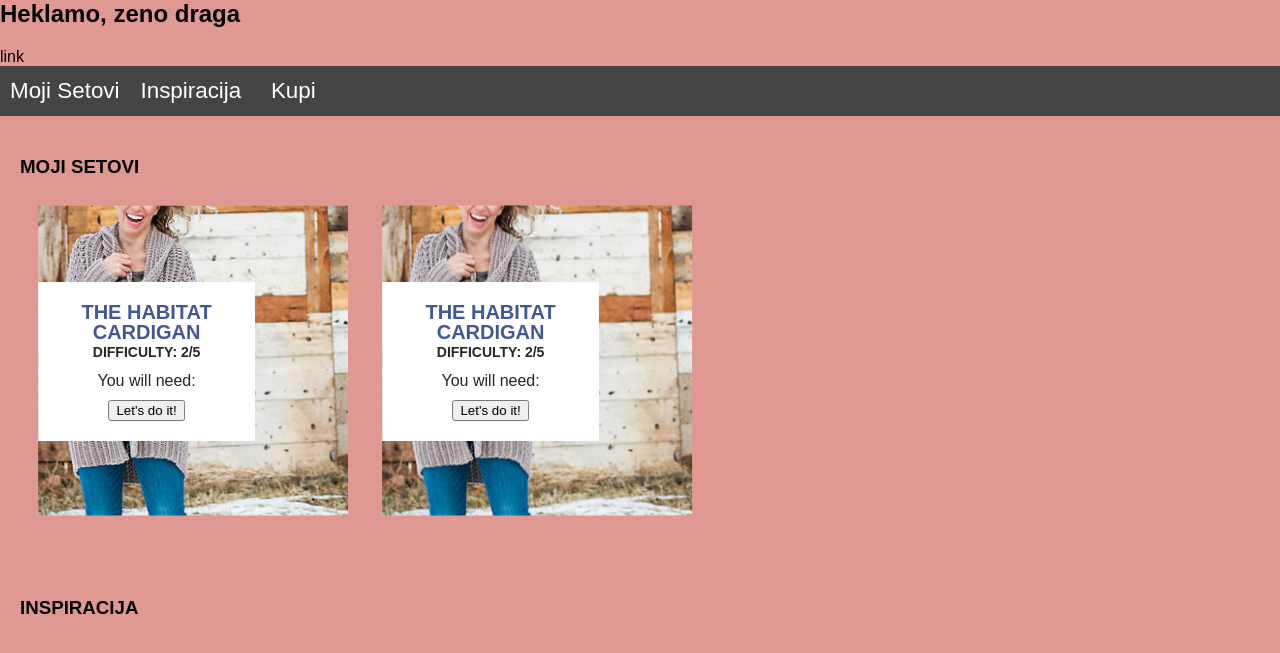
Repository: sdnc/Heklamo
Page: index.html
These files come from the project's save history. The page is drawn as it stood at one moment and after the next save; the edit follows.
The browser window is 1280 px wide. The pictures show the whole page.

Above is the page before, as saved 2020-12-24 14:50:42.
Console error: ReferenceError: $ is not defined

### index.html
<html>

<head>
  <meta charset="UTF-8" />
  <meta name="viewport" content="width=device-width, initial-scale=1.0" />
  <title>Heklamo</title>
  <link href="https://maxcdn.bootstrapcdn.com/font-awesome/4.7.0/css/font-awesome.min.css" rel="stylesheet">
  <link rel="stylesheet" href="styles.css" />
  <script src="https://unpkg.com/vue@next" defer></script>
  <script src="app.js" defer></script>
</head>

<body>
  <!--1) -->
  <!--2) -->
  <section id="header">
    <h1>Heklamo, zeno draga</h1>
    <nav>link</nav>
  </section>
  <section class="nav">
    <ul>
      <li class="setove"><a href="#">Moji Setovi</a></li>
      <li class="inspiracija"><a href="#">Inspiracija</a></li>
      <li class="kupi"><a href="#">Kupi</a></li>
    </ul>
  </section>
    <section id="sets" class="divider">
      <h3>MOJI SETOVI</h3>
    <div class="card">
      <div class="image">
        <img
          src="img/habitatcardigan.jpg" />
      </div>
      <div class="details">
        <div class="center">
          <h1>The Habitat Cardigan<br><span>Difficulty: 2/5</span></h1>
          <p>You will need:</p>
          <button>Let's do it!</button>
        </div>
      </div>
    </div>

    <div class="card">
      <div class="image">
        <img src="img/habitatcardigan.jpg" />
      </div>
      <div class="details">
        <div class="center">
          <h1>The Habitat Cardigan<br><span>Difficulty: 2/5</span></h1>
          <p>You will need:</p>
          <button>Let's do it!</button>
        </div>
      </div>
    </div>
  </section>

  <section id="inspiration" class="divider">
    <h3>INSPIRACIJA</h3>



  </section>

  <section id="buy" class="divider">

  </section>

  <script>


  </script>
</body>

</html>

### styles.css
body {
  margin: 0;
  padding: 0;
  font-family: sans-serif;
  background-color: #e09992;
}

.divider {
  margin: 40px 0 30px 20px;
}

/* NAV BAR */

.nav ul {
  list-style: none;
  background-color: #444;
  text-align: left;
  padding: 0;
  margin: 0;
}
.nav li {
  font-family: 'Oswald', sans-serif;
  font-size: 1em;
  padding-left: 10px;
  line-height: 40px;
  height: 40px;
  border-bottom: 1px solid #888;
}

.nav a {
  text-decoration: none;
  color: #fff;
  display: block;
  transition: .3s background-color;
}

.nav a:hover {
  background-color: #005f5f;
}

.nav a.active {
  background-color: #fff;
  color: #444;
  cursor: default;
}

@media screen and (min-width: 600px) {
  .nav li {
    width: 120px;
    border-bottom: none;
    height: 50px;
    line-height: 50px;
    font-size: 1.4em;
  }

  /* Option 1 - Display Inline */
  .nav li {
    display: inline-block;
    margin-right: -4px;
  }

/* MY SETS - section */
.card {
  margin: 5px 15px;
  display: inline-block;
  transform: translate(1%,1%);
  width: 310px;
  height: 350px;
}
.image {
  width: 310px;
  height: 350px;
  overflow: hidden;
}
.card .image img {
  width: 100%;
  transition: .5s;
}
.card:hover .image img {
  opacity: .5;
  transform: translateX(30%);/*100%*/
}
.card .details {
  position: absolute;
  top: 0;
  left: 0;
  width: 70%;/*100%*/
  height: 89%;
  background: #7ca9e0;
  transition: .5s;
  transform-origin: left;
  transform: perspective(2000px) rotateY(-90deg);
}
.card:hover .details {
  transform: perspective(2000px) rotateY(0deg);
}
.card .details .center {
  padding: 20px;
  text-align: center;
  background: #fff;
  position: absolute;
  top: 50%;
  transform: translateY(-50%);
}
.card .details .center h1 {
  margin: 0;
  padding: 0;
  color: #435794;
  line-height: 20px;
  font-size: 20px;
  text-transform: uppercase;
}
.card .details .center h1 span {
  font-size: 14px;
  color: #262626;
}
.card .details .center p {
  margin: 10px 0;
  padding: 0;
  color: #262626;
}

/* INPIRATION SECTION */

### app.js
$('#recipeCarousel').carousel({
    interval: 10000
  })

  $('.carousel .carousel-item').each(function(){
      var minPerSlide = 3;
      var next = $(this).next();
      if (!next.length) {
      next = $(this).siblings(':first');
      }
      next.children(':first-child').clone().appendTo($(this));

      for (var i=0;i<minPerSlide;i++) {
          next=next.next();
          if (!next.length) {
              next = $(this).siblings(':first');
            }

          next.children(':first-child').clone().appendTo($(this));
        }
  });

After the next save:
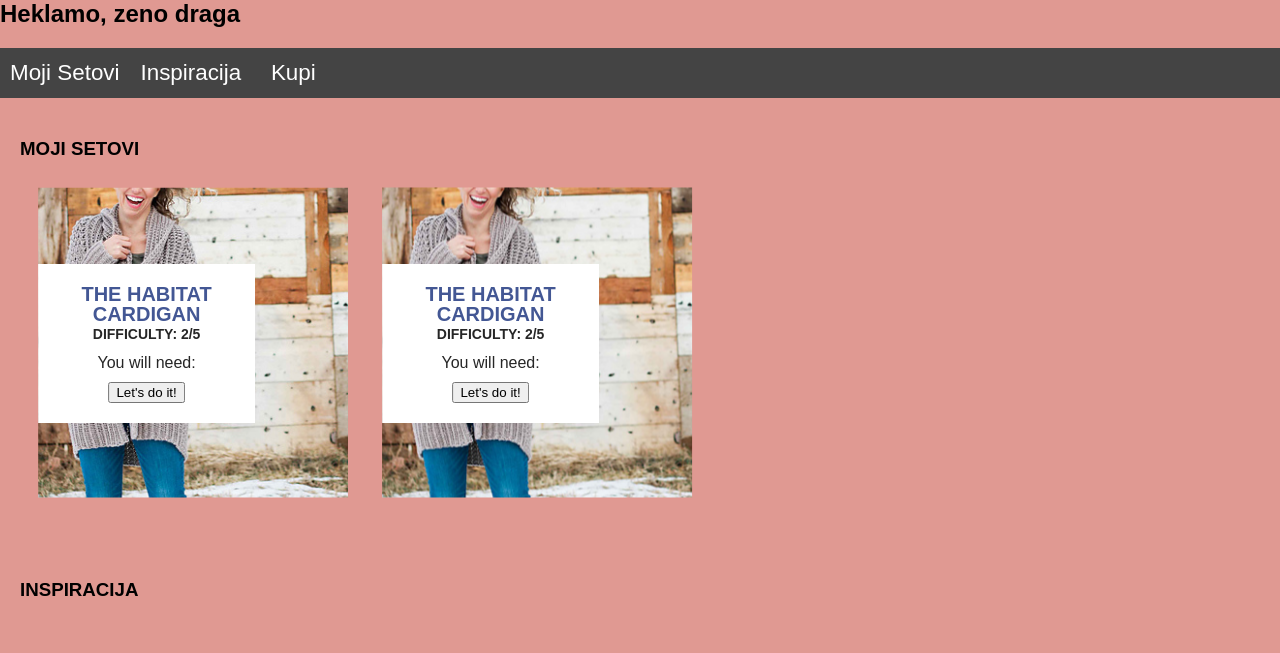
Saved 45 s later.
--- a/index.html
+++ b/index.html
@@ -15,7 +15,6 @@
   <!--2) -->
   <section id="header">
     <h1>Heklamo, zeno draga</h1>
-    <nav>link</nav>
   </section>
   <section class="nav">
     <ul>
